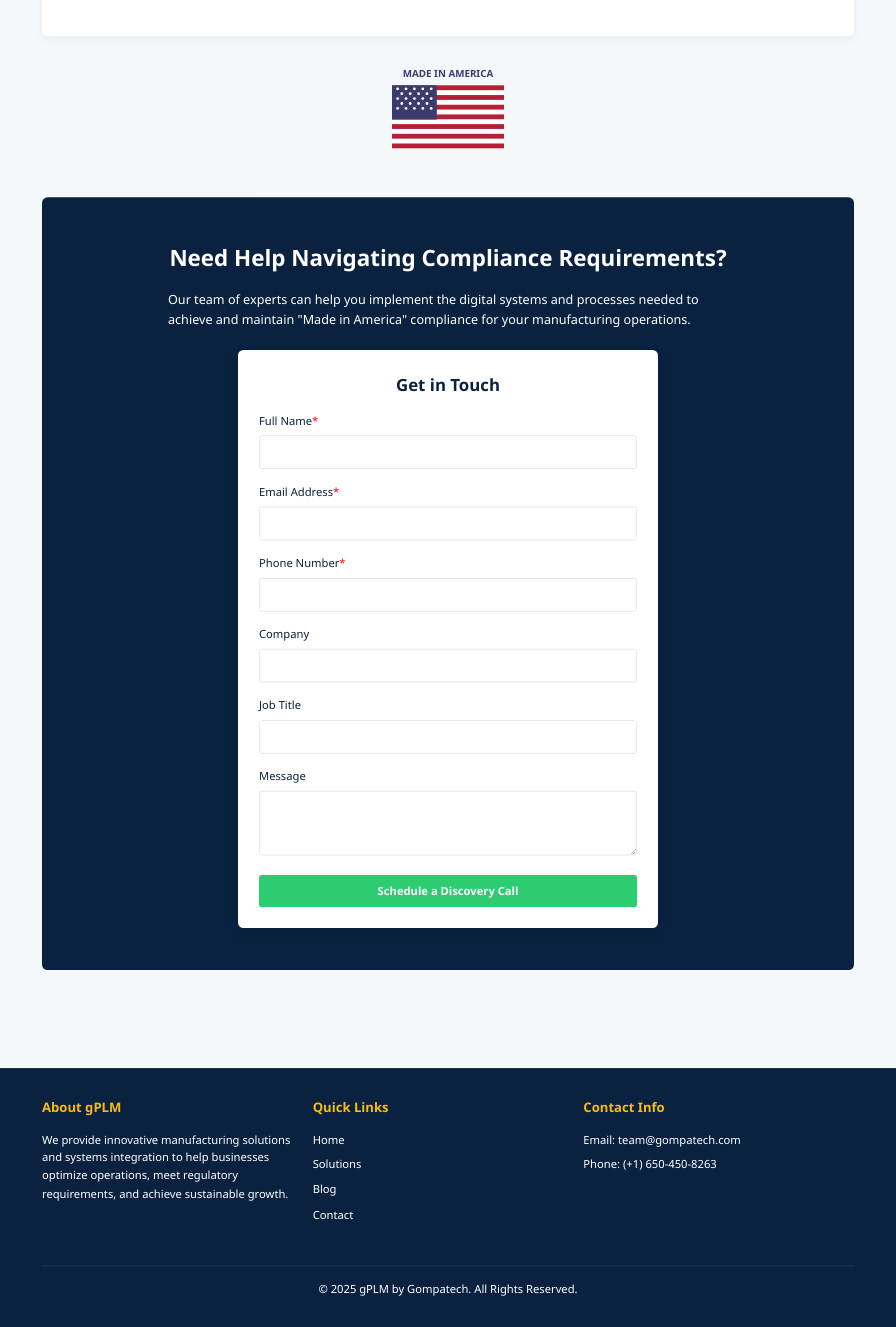
Repository: gompaBlogs/website
Page: mia.html
These files come from the project's save history. The page is drawn as it stood at one moment and after the next save; the edit follows.
The browser window is 1280 px wide. The pictures show the part of the page from y = 2497 to 4417 px (the page is 4392 px tall before and 4417 px after), at 70% of full size.

Above is the page before, as saved 2025-04-30 18:05:49.

After the next save:
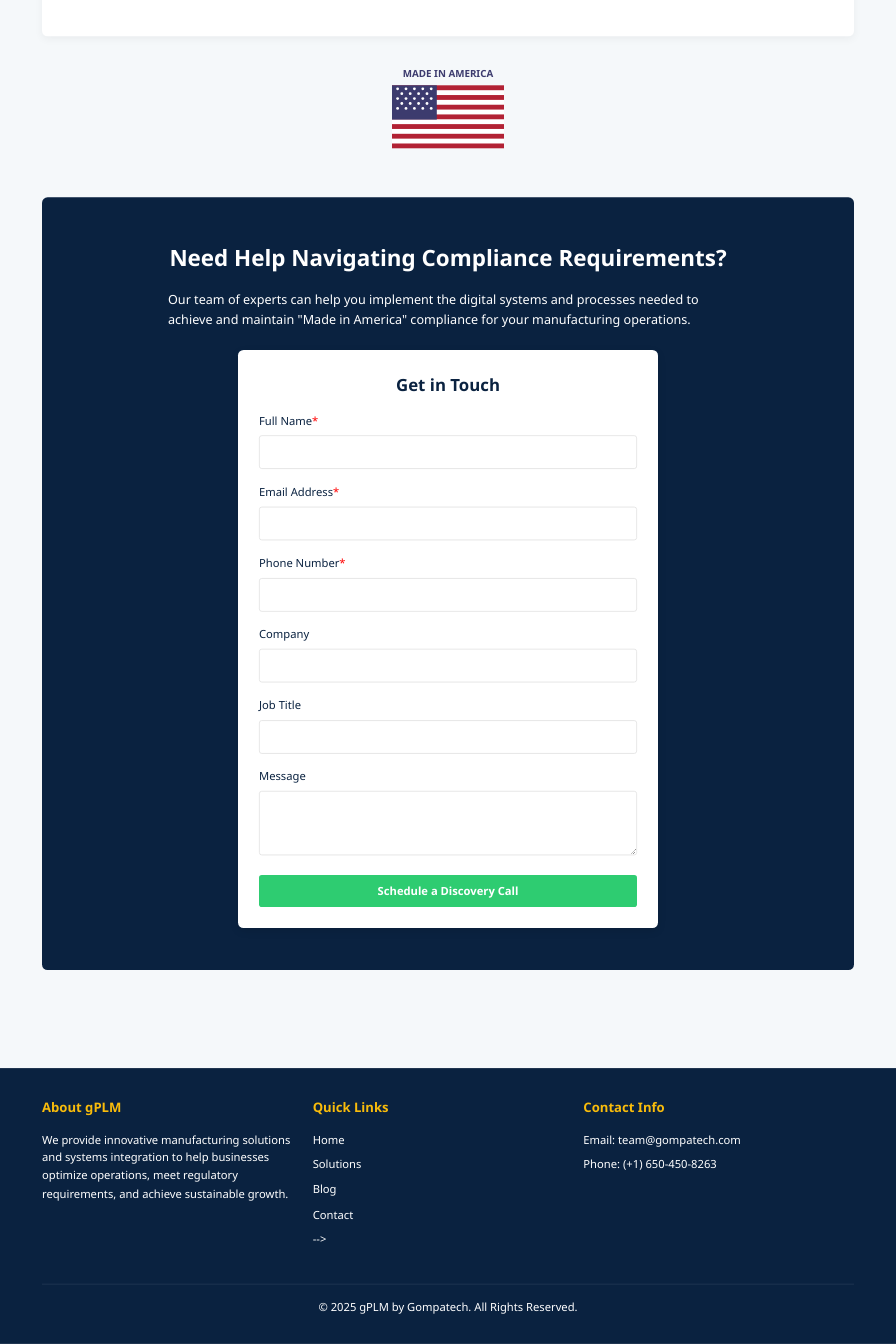
Saved 33 s later.
--- a/mia.html
+++ b/mia.html
@@ -585,8 +585,7 @@
                         <li><a href="#">Solutions</a></li>
                         <!-- <li><a href="#">Resources</a></li> -->
                         <li><a href="#">Blog</a></li>
-                        <!-- <li><a href="#">Contact</a></li> -->
-                        <li><a href="#cta-section">Contact</a></li>
+                        <li><a href="#">Contact</a></li> -->
                     </ul>
                 </div>
                 <div class="footer-section">
